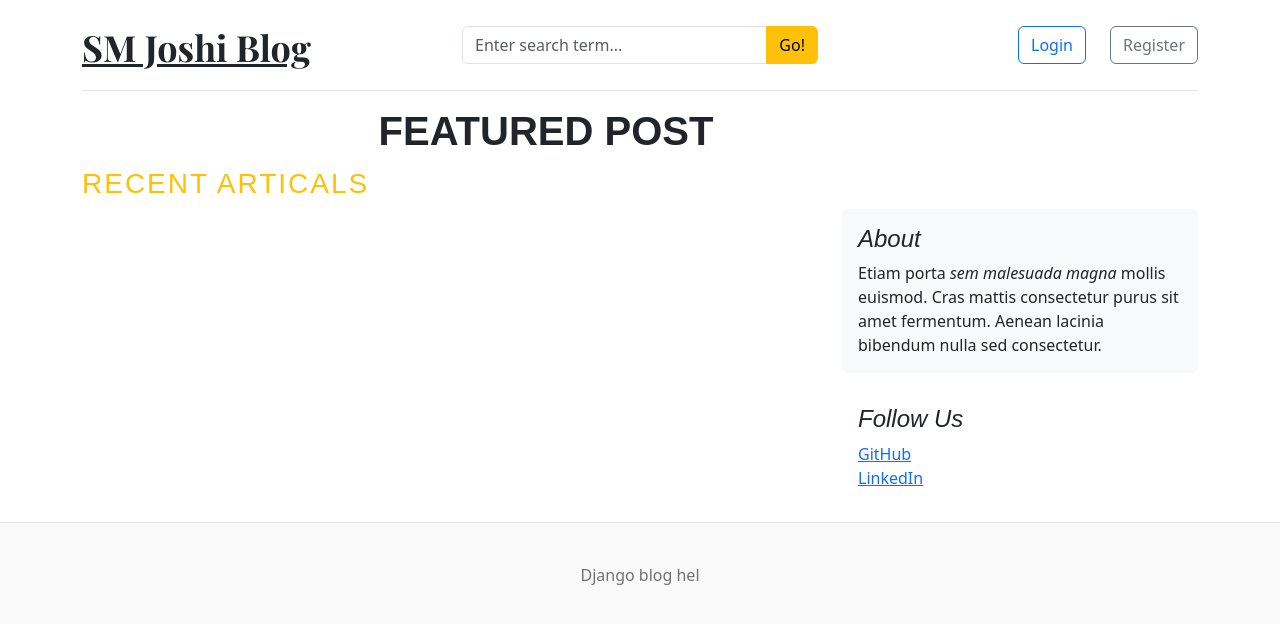
Repository: vijayholve/Blog-Website-Django
Page: templates/home.html
An editor plug-in stored every save of this project. The page is shown before and after a run of saves, followed by the edit.
The browser window is 1280 px wide. The pictures show the whole page.
Some web fonts or font styles are not loaded; a fallback is used. The template is drawn by Django 5.2. The application's start-up code is not run. The template is opened directly, without the code that normally fills it, so the values that code supplies are empty.

Above is the page before, as saved 2025-01-29 16:34:14.

After the next 2 saves:
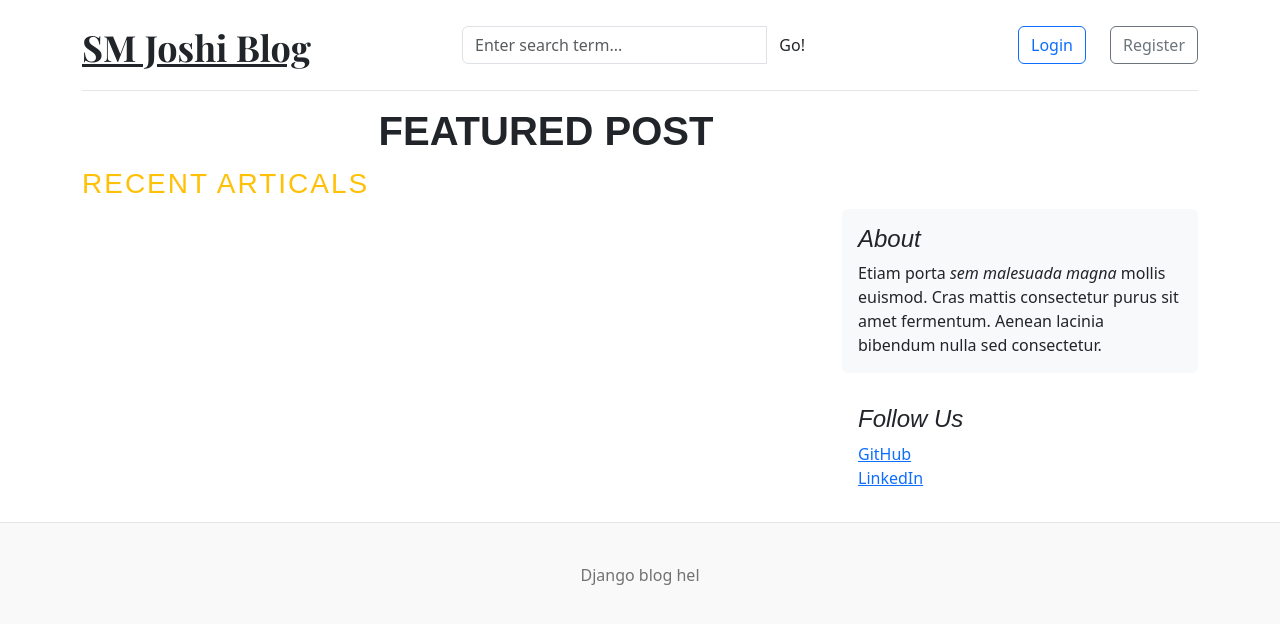
The 2 saves are shown as one change because they came seconds apart.
The last was saved 3 min 25 s later.
--- a/templates/base/header.html
+++ b/templates/base/header.html
@@ -27,7 +27,7 @@
             <form action="{% url 'search' %}" method="GET">
               <div class="input-group">
                 <input class="form-control" name="keyword" type="text" placeholder="Enter search term..." aria-label="Enter search term..." aria-describedby="button-search" />
-                <button type="submit" class="btn btn-warning" id="button-search" type="button">Go!</button>
+                <button type="submit" class="btn btn-out" id="button-search" type="button">Go!</button>
             </div>
             </form>
           </div>
